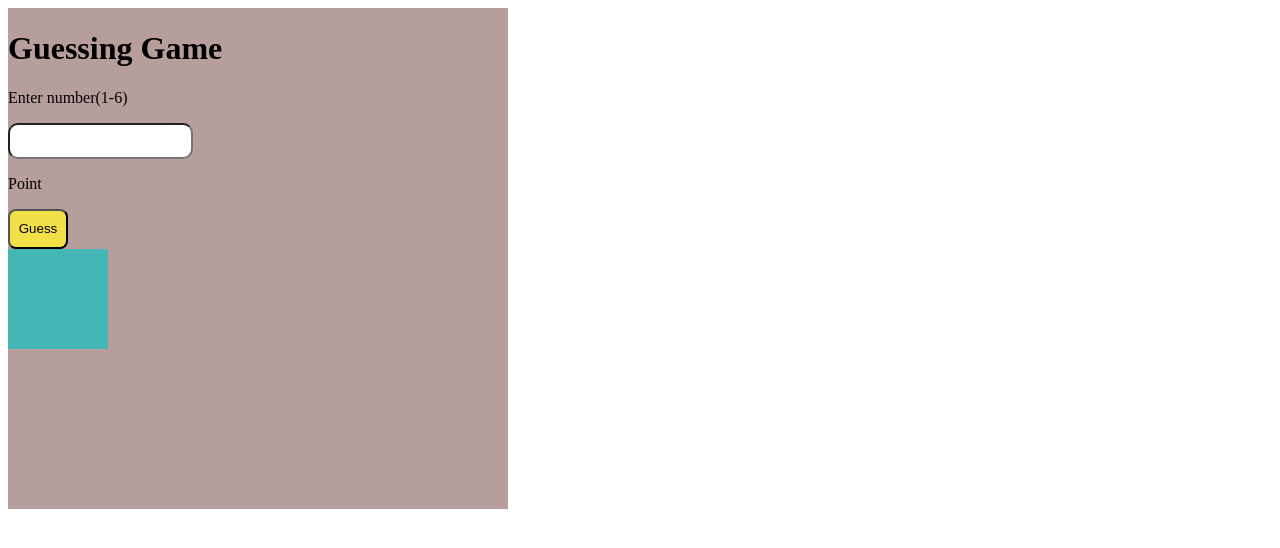
Repository: sedashahnazaryan/Guessing-Game
Page: index.html
The author's editor kept a copy of each file at every save. The page is drawn from the files as they stood at one save, then again after the next save.
The browser window is 1280 px wide. The pictures show the whole page.

Above is the page before, as saved 2022-02-23 19:37:34.

### index.html
<!DOCTYPE html>
<html lang="en">
<head>
    <meta charset="UTF-8">
    <meta http-equiv="X-UA-Compatible" content="IE=edge">
    <meta name="viewport" content="width=device-width, initial-scale=1.0">
    <link rel="stylesheet" href="./index.css">
    <title>Gueess Game</title>
</head>
<body>
    <div class="container">
        <h1 class="Guessing">Guessing Game</h1>
     <p class="enter">Enter number(1-6)</p>
<input id="num" type="text">
     <p class="p">Point</p>
     <button id="btn">Guess</button>
     <div class="table" id="show-text"></div>
    </div>
 <script src="./index.js"></script>
</body>
</html>

### index.css
.container{

    background-color: #b89d9d;
    height: 500px;
    width: 500px;
    padding-top:1px;
}
#num{
height: 30px;
border-radius: 10px;
}
#btn{
    height: 40px;
    width: 60px;
    border-radius: 8px;
    background-color: rgb(241, 224, 72);
}
.table{
    height: 100px;
    width: 100px;
    background-color: rgb(69, 182, 182);
}

Loaded but not shown: index.js (no copy from this time; the picture is the same without it)

After the next save:
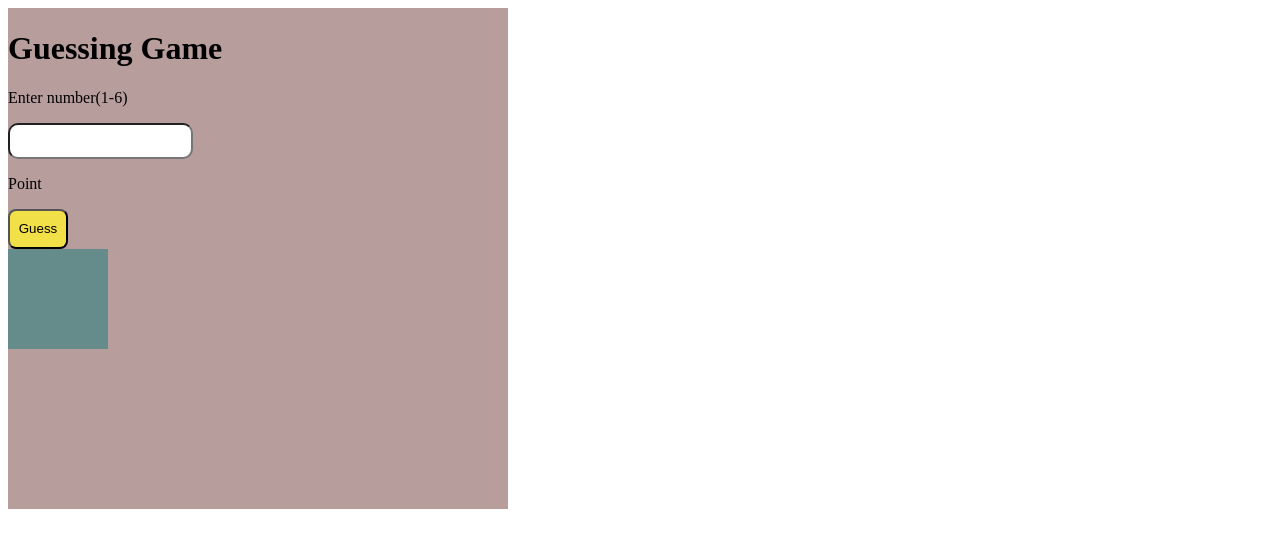
Saved 8 s later.
--- a/index.css
+++ b/index.css
@@ -18,5 +18,5 @@
 .table{
     height: 100px;
     width: 100px;
-    background-color: rgb(69, 182, 182);
+    background-color: rgb(101, 139, 139);
 }
